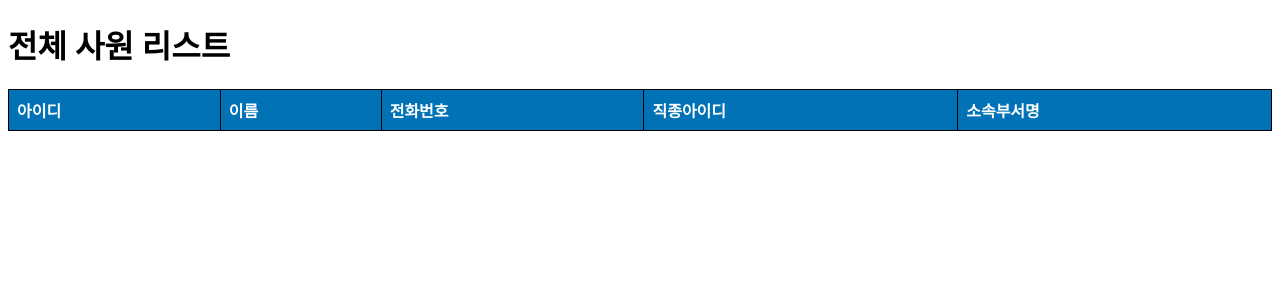
Repository: benpark0613/basic
Page: http://localhost/sample/hr/emp/list.jsp
These files come from the project's save history. The page is drawn as it stood at one moment and after the next save; the edit follows.
The browser window is 1280 px wide. The pictures show the whole page.
The page is served by Tomcat 9.

Above is the page before, as saved 2021-11-12 00:16:03.

After the next save:
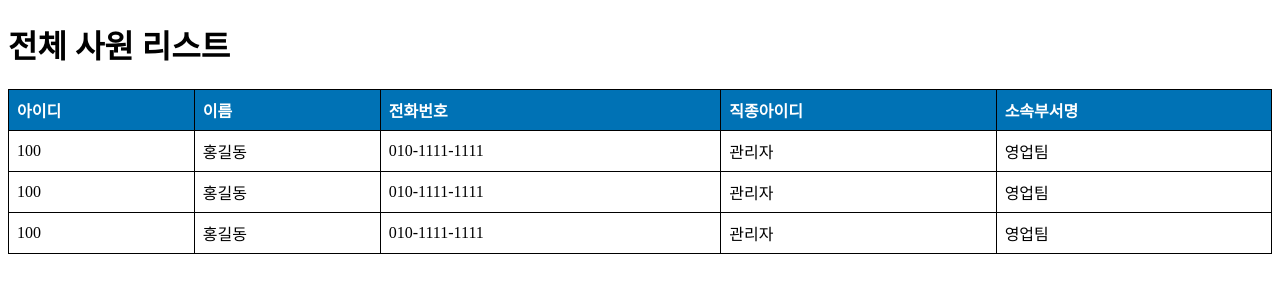
Saved 76 s later.
--- a/HR_app/sample/src/main/webapp/hr/emp/list.jsp
+++ b/HR_app/sample/src/main/webapp/hr/emp/list.jsp
@@ -20,6 +20,29 @@
 				<th>소속부서명</th>
 			</tr>
 		</thead>
+		<tbody>
+			<tr>
+				<td>100</td>
+				<td>홍길동</td>
+				<td>010-1111-1111</td>
+				<td>관리자</td>
+				<td>영업팀</td>
+			</tr>
+			<tr>
+				<td>100</td>
+				<td>홍길동</td>
+				<td>010-1111-1111</td>
+				<td>관리자</td>
+				<td>영업팀</td>
+			</tr>
+			<tr>
+				<td>100</td>
+				<td>홍길동</td>
+				<td>010-1111-1111</td>
+				<td>관리자</td>
+				<td>영업팀</td>
+			</tr>
+		</tbody>
 	</table>
 </body>
 </html>
